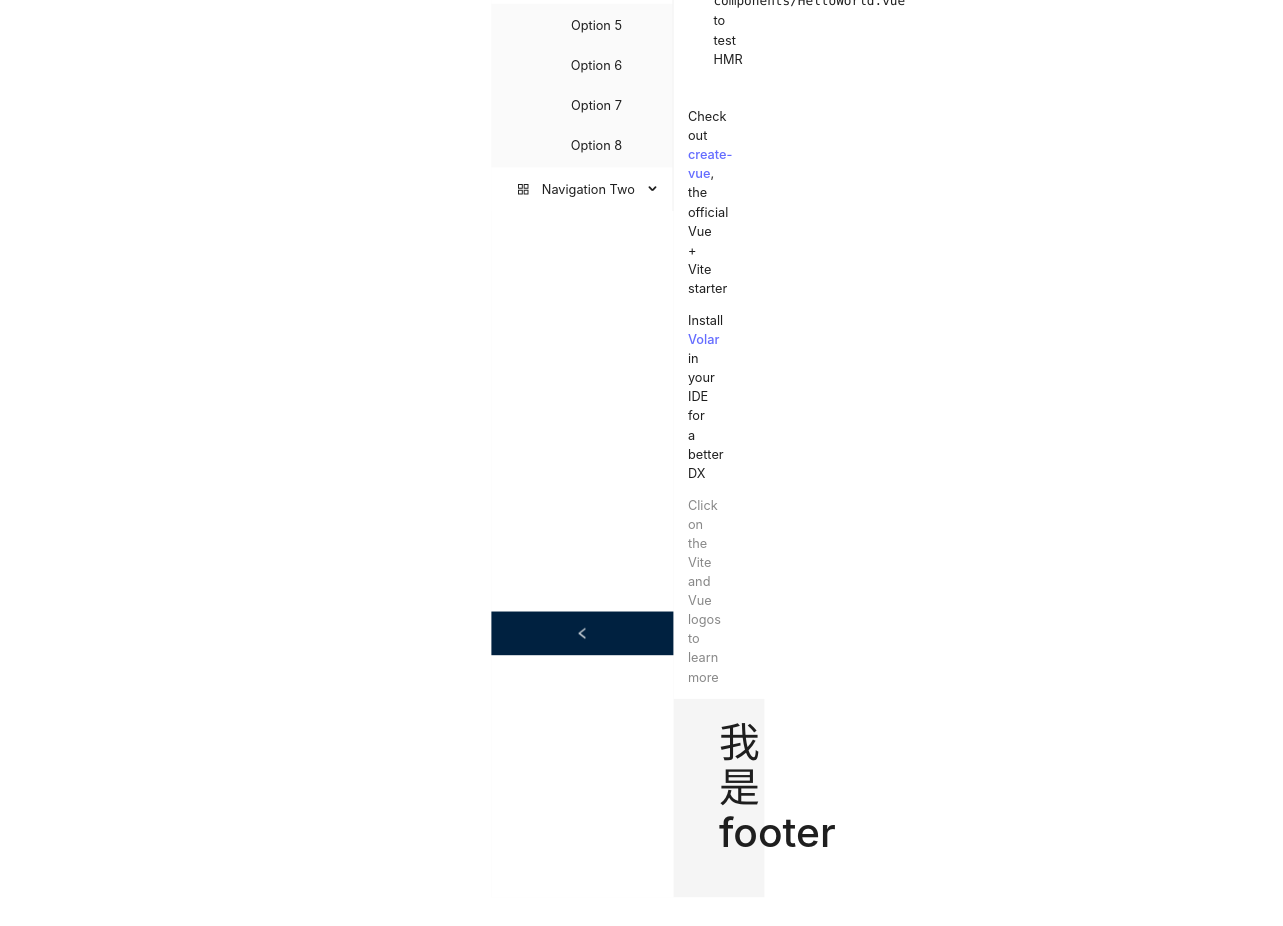
Repository: chenyl8848/chen-tool-collection
Page: /
The author's editor kept a copy of each file at every save. The page is drawn from the files as they stood at one save, then again after the next save.
The browser window is 1280 px wide. The page is 1410 px wide, so the pictures cover 1410 px, including what lies to the right of the window. The pictures show the whole page, at 91% of full size.
The project was rebuilt for these pictures with package versions that can differ from the ones it lists, and the page was loaded fresh each time. Also part of the build but not shown: vite.config.ts.

Above is the page before, as saved 2024-01-09 18:21:05.

### src/main.ts
import { createApp } from 'vue'
import './style.css'

// import Antd from 'ant-design-vue';
import 'ant-design-vue/dist/reset.css';

import router from './router';

import App from './App.vue'

const app = createApp(App)

// app.use(Antd)
app.use(router)

app.mount('#app')

### src/components/HelloWorld.vue
<script setup lang="ts">
import { ref } from 'vue'

defineProps<{ msg: string }>()

const count = ref(0)
</script>

<template>
  <h1>{{ msg }}</h1>

  <div class="card">
    <button type="button" @click="count++">count is {{ count }}</button>
    <p>
      Editddddddddddddddaaaaaaaaaaaaaaaeeeeeeddddddddddddddddwwwwwwww
      <code>components/HelloWorld.vue</code> to test HMR
    </p>
  </div>

  <p>
    Check out
    <a href="https://vuejs.org/guide/quick-start.html#local" target="_blank"
      >create-vue</a
    >, the official Vue + Vite starter
  </p>
  <p>
    Install
    <a href="https://github.com/vuejs/language-tools" target="_blank">Volar</a>
    in your IDE for a better DX
  </p>
  <p class="read-the-docs">Click on the Vite and Vue logos to learn more</p>
</template>

<style scoped>
.read-the-docs {
  color: #888;
}
</style>

### src/router/index.ts
import { createRouter, createWebHistory, RouteRecordRaw } from "vue-router"

import HelloWorld from '@/components/HelloWorld.vue'

const routes: RouteRecordRaw[] = [
    {
        path: '/',
        component: HelloWorld
    },
    {
        path: '/hello',
        component: HelloWorld
    }
]

const router = createRouter({
    history: createWebHistory(),
    routes
})

export default router

### src/App.vue
<script setup lang="ts">
import Layout from '@/layout/index.vue';
</script>

<template>
  <div>
    <Layout></Layout>
  </div>
</template>

<style scoped>
</style>

### src/layout/index.vue
<script lang="ts" setup>

import Siderbar from '@/layout/siderbar/index.vue'
import Header from '@/layout/header/index.vue'
import Content from '@/layout/content/index.vue'
import Footer from '@/layout/footer/index.vue'

</script>

<template>
    <a-layout class="layout">
        <a-layout-sider v-model:collapsed="collapsed" collapsible class="layout-siderbar">
            <Siderbar></Siderbar>
        </a-layout-sider>
        <a-layout>
            <a-layout-header class="layout-header">
                <Header></Header>
            </a-layout-header>
            <a-layout-content class="layout-content">
                <Content></Content>
            </a-layout-content>
            <a-layout-footer class="layout-footer">
                <Footer></Footer>
            </a-layout-footer>
        </a-layout>
    </a-layout>
</template>

<style scoped>
.layout {
    min-height: 100vh;

}

.layout-siderbar {
    background-color: white;

}

.layout-header {
    background: #fff;
    padding: 0
}

.layout-content {
    margin: 0 16px;
}

.layout-footer {
    text-align: center
}
</style>

### src/layout/siderbar/index.vue
<script lang="ts" setup>
import Logo from '@/layout/siderbar/logo/index.vue'
import Menu from '@/layout/siderbar/menu/index.vue'
</script>

<template>
  <div>
    <div class="logo">
      <Logo></Logo>
    </div>
    <Menu></Menu>
  </div>
</template>

<style scoped>
.logo {
  padding: 5px;
  height: 90px;
}
</style>

### src/layout/header/index.vue
<script lang="ts" setup>
import { h } from 'vue';
import {
  HomeOutlined,
  GithubOutlined,
  WechatOutlined,
  InfoCircleOutlined,
  HeartTwoTone
} from '@ant-design/icons-vue';
</script>

<template>
  <div class="header">
    <a-flex gap="middle" horizontal>
      <a-tooltip>
        <template #title>主页</template>
        <home-outlined class="icon" />
      </a-tooltip>
      <a-input-search v-model:value="value" placeholder="input search text" style="min-width: 400px" @search="onSearch" />
      <a-tooltip>
        <template #title>Github</template>
        <github-outlined class="icon" />
      </a-tooltip>
      <a-tooltip>
        <template #title>微信公众号</template>
        <wechat-outlined class="icon" />
      </a-tooltip>
      <a-tooltip>
        <template #title>关于</template>
        <info-circle-outlined class="icon" />
      </a-tooltip>
      <a-button :icon="h(HeartTwoTone)" href="https://www.google.com" style="">打赏</a-button>
    </a-flex>
  </div>
</template>

<style scoped>
.header {
  margin: 18px 12px 0px 12px;
}

.icon {
  font-size: 24px;
  margin-top: 4px;
}
</style>

### src/layout/content/index.vue
<script lang="ts" setup>
import Breadcrumb from '@/layout/content/breadcrumb.vue'
</script>

<template>
  <Breadcrumb></Breadcrumb>
  <div class="content">
    <router-view></router-view>
  </div>
</template>

<style scoped>
.content {
  padding: '24px';
  background: white;
  min-height: 480px
}
</style>

### src/layout/footer/index.vue
<script lang="ts" setup>

</script>

<template>
  <div>
    <h1>我是footer</h1>
  </div>
</template>

### src/layout/siderbar/logo/index.vue
<script lang="ts" setup>

</script>

<template>
  <div>
    <h1>我是logo</h1>
  </div>
</template>

### src/layout/siderbar/menu/index.vue
<template>
    <div>
      <a-menu
        v-model:openKeys="state.openKeys"
        v-model:selectedKeys="state.selectedKeys"
        mode="inline"
        :inline-collapsed="state.collapsed"
        :items="items"
      ></a-menu>
    </div>
  </template>
  <script lang="ts" setup>
  import { reactive, watch, h } from 'vue';
  import {
    MenuFoldOutlined,
    MenuUnfoldOutlined,
    PieChartOutlined,
    MailOutlined,
    DesktopOutlined,
    InboxOutlined,
    AppstoreOutlined,
  } from '@ant-design/icons-vue';
  const state = reactive({
    collapsed: false,
    selectedKeys: ['1'],
    openKeys: ['sub1'],
    preOpenKeys: ['sub1'],
  });
  const items = reactive([
    {
      key: '1',
      icon: () => h(PieChartOutlined),
      label: 'Option 1',
      title: 'Option 1',
    },
    {
      key: '2',
      icon: () => h(DesktopOutlined),
      label: 'Option 2',
      title: 'Option 2',
    },
    {
      key: '3',
      icon: () => h(InboxOutlined),
      label: 'Option 3',
      title: 'Option 3',
    },
    {
      key: 'sub1',
      icon: () => h(MailOutlined),
      label: 'Navigation One',
      title: 'Navigation One',
      children: [
        {
          key: '5',
          label: 'Option 5',
          title: 'Option 5',
        },
        {
          key: '6',
          label: 'Option 6',
          title: 'Option 6',
        },
        {
          key: '7',
          label: 'Option 7',
          title: 'Option 7',
        },
        {
          key: '8',
          label: 'Option 8',
          title: 'Option 8',
        },
      ],
    },
    {
      key: 'sub2',
      icon: () => h(AppstoreOutlined),
      label: 'Navigation Two',
      title: 'Navigation Two',
      children: [
        {
          key: '9',
          label: 'Option 9',
          title: 'Option 9',
        },
        {
          key: '10',
          label: 'Option 10',
          title: 'Option 10',
        },
        {
          key: 'sub3',
          label: 'Submenu',
          title: 'Submenu',
          children: [
            {
              key: '11',
              label: 'Option 11',
              title: 'Option 11',
            },
            {
              key: '12',
              label: 'Option 12',
              title: 'Option 12',
            },
          ],
        },
      ],
    },
  ]);
  watch(
    () => state.openKeys,
    (_val, oldVal) => {
      state.preOpenKeys = oldVal;
    },
  );
  const toggleCollapsed = () => {
    state.collapsed = !state.collapsed;
    state.openKeys = state.collapsed ? [] : state.preOpenKeys;
  };
  </script>

### src/layout/content/breadcrumb.vue
<template>
    <a-breadcrumb class="breadcrumb">
        <a-breadcrumb-item>User</a-breadcrumb-item>
        <a-breadcrumb-item>Bill</a-breadcrumb-item>
    </a-breadcrumb>
</template>

<style scoped>
.breadcrumb {
    margin: 16px 0
}
</style>

### src/pages/Home.vue
<template>
    <h1>首页</h1>
</template>

Loaded but not shown: index.html (common file); src/style.css (common file)

After the next save:
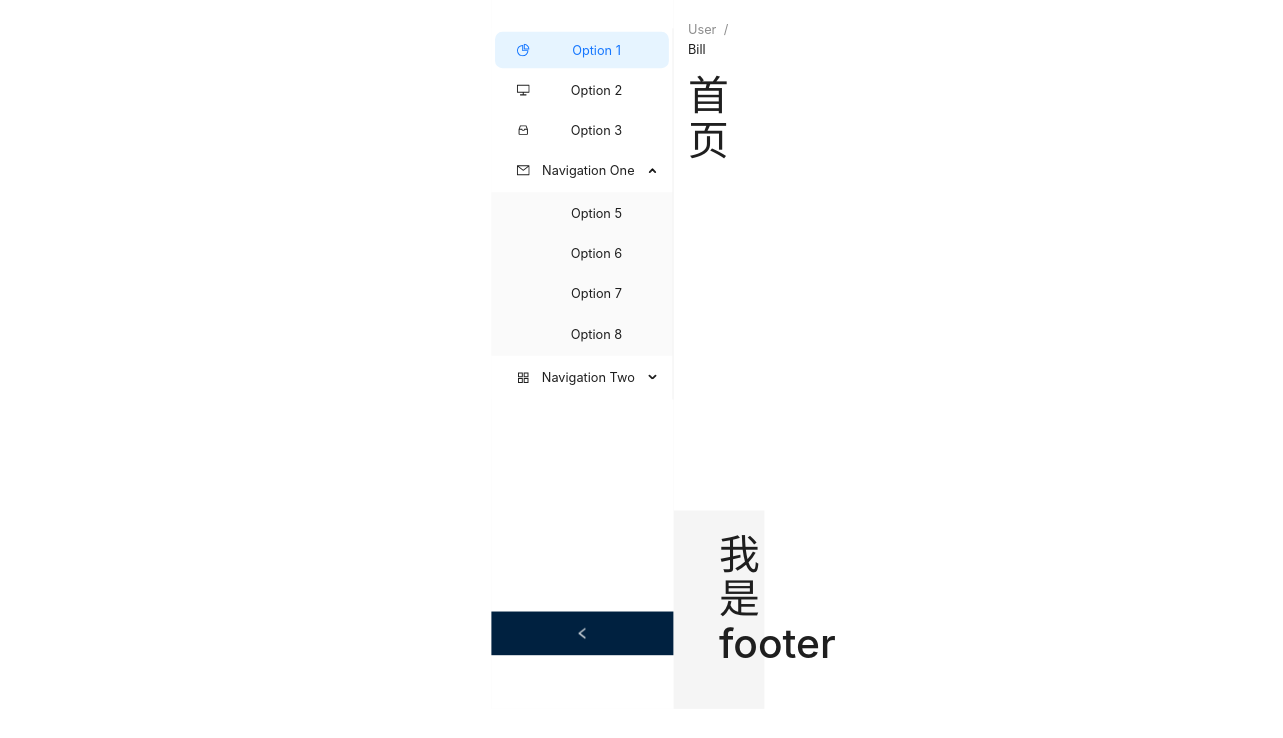
Saved 26 s later.
--- a/src/router/index.ts
+++ b/src/router/index.ts
@@ -1,11 +1,12 @@
 import { createRouter, createWebHistory, RouteRecordRaw } from "vue-router"
 
 import HelloWorld from '@/components/HelloWorld.vue'
+import Home from '@/pages/Home.vue'
 
 const routes: RouteRecordRaw[] = [
     {
         path: '/',
-        component: HelloWorld
+        component: Home
     },
     {
         path: '/hello',
